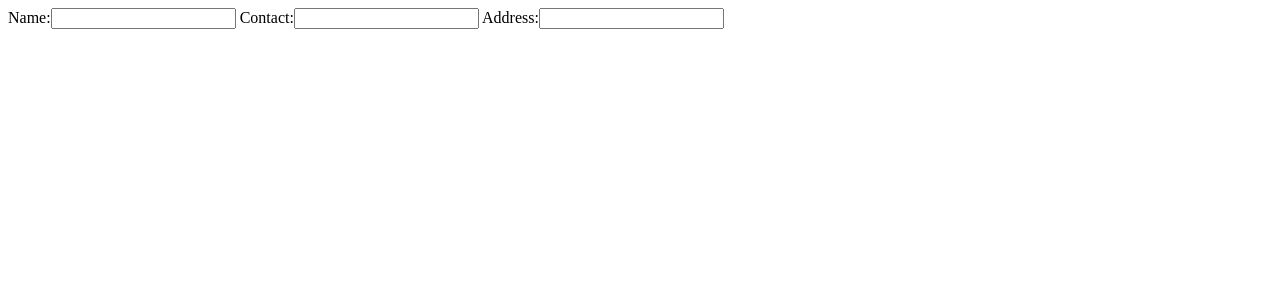
Repository: kushagraBhargava16/AllProjects
Page: http://localhost/CRUDByJSP/
The author's editor kept a copy of each file at every save. The page is drawn from the files as they stood at one save, then again after the next save.
The browser window is 1280 px wide. The pictures show the whole page.
The page is served by Tomcat 9. Other server files are loaded and not shown.

Above is the page before, as saved 2015-11-30 09:17:54.

### CURDWORKSPACE/CRUDByJSP/WebContent/index.jsp
<%@ page language="java" contentType="text/html; charset=ISO-8859-1"
    pageEncoding="ISO-8859-1"%>
<!DOCTYPE html PUBLIC "-//W3C//DTD HTML 4.01 Transitional//EN" "http://www.w3.org/TR/html4/loose.dtd">
<html>
<head>
<meta http-equiv="Content-Type" content="text/html; charset=ISO-8859-1">
<title>Insert title here</title>
</head>
<body>
<form method="post" action="EmployeeServlet">
	Name:<input type="text">
	Contact:<input type="text">
	Address:<input type="text">

</form>
</body>
</html>

After the next save:
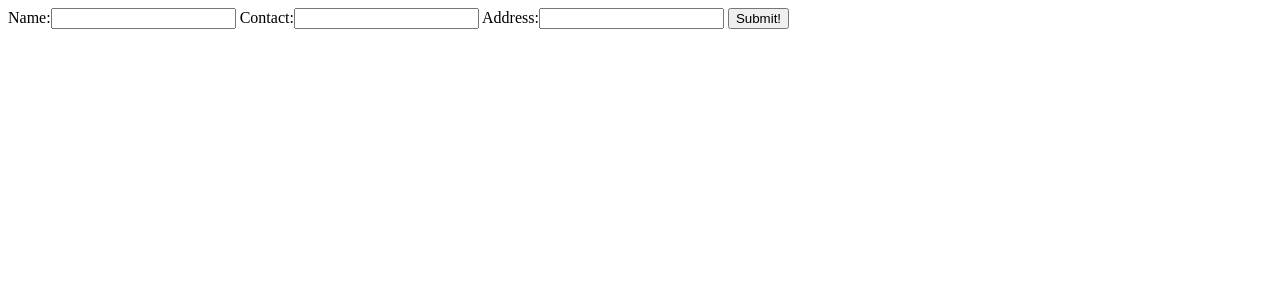
Saved 24 s later.
--- a/CURDWORKSPACE/CRUDByJSP/WebContent/index.jsp
+++ b/CURDWORKSPACE/CRUDByJSP/WebContent/index.jsp
@@ -11,7 +11,7 @@
 	Name:<input type="text">
 	Contact:<input type="text">
 	Address:<input type="text">
-
+	<input type="submit" value="Submit!">
 </form>
 </body>
 </html>
